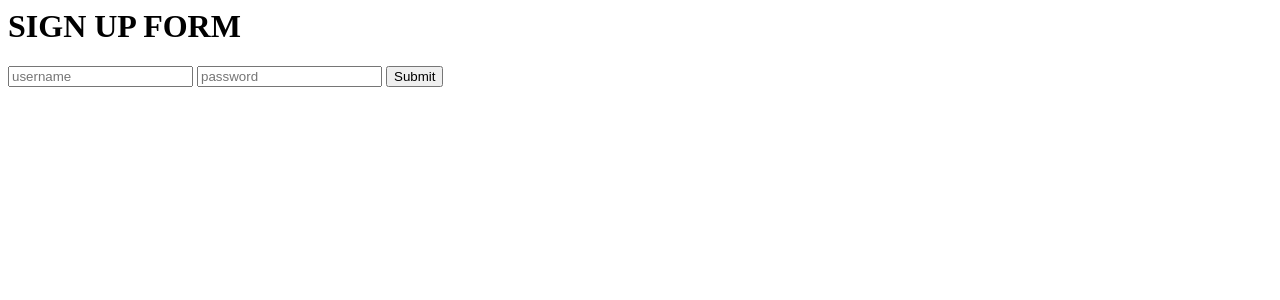
Repository: demioke/web-development-bootcamp
Page: http://localhost/register
The author's editor kept a record of every edit. The page is drawn from the files as they stood at one moment, then again after the next edit.
The browser window is 1280 px wide. The pictures show the whole page.
The page is served by the project's Node server (Authentication/AuthDemo/app.js).

Above is the page before.

After the next edit:
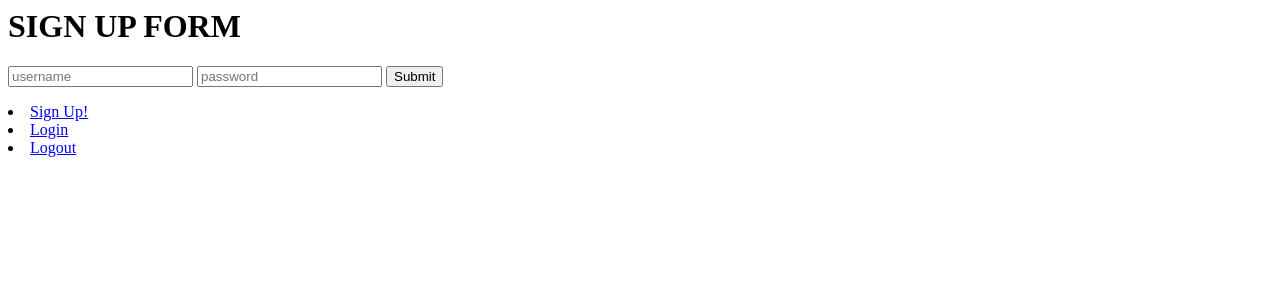
The edit:
--- a/Authentication/AuthDemo/views/register.ejs
+++ b/Authentication/AuthDemo/views/register.ejs
@@ -5,3 +5,8 @@
     <input type="password" name="password" placeholder="password">
     <button>Submit</button>
 </form>
+
+
+<li><a href="/register">Sign Up!</a></li>
+<li><a href="/login">Login</a></li>
+<li><a href="/logout">Logout</a></li>
